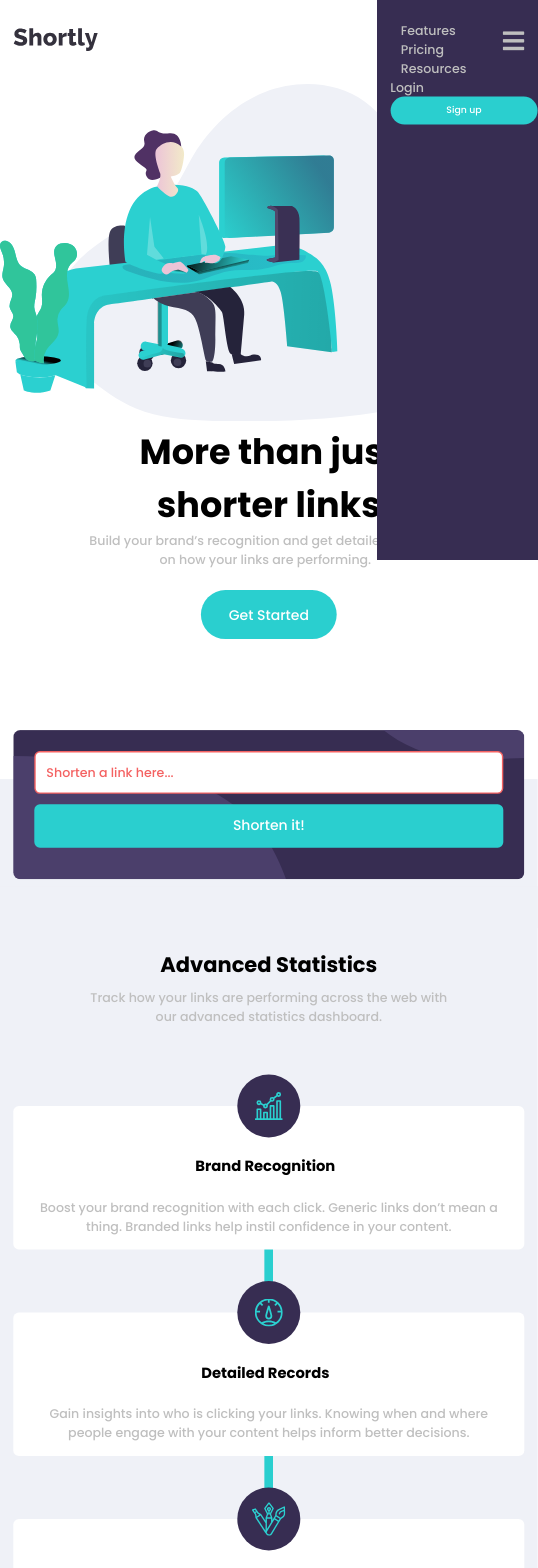
Repository: mamulini/URL-shortener
Page: index.html
An editor plug-in stored every save of this project. The page is shown before and after the next save, followed by the edit.
The browser window is 768 px wide. The pictures show the part of the page from y = 0 to 2240 px (the page is 3167 px tall), at 70% of full size.
Some web libraries are served in a nearby version. The style sheet was rebuilt from its Sass, Less or Tailwind sources for each picture, by a compiler version that may differ from the author's.

Above is the page before, as saved 2020-04-28 20:21:14.

### index.html
<!DOCTYPE html>
<html lang="en">
<head>
  <meta charset="UTF-8">
  <meta name="viewport" content="width=device-width, initial-scale=1.0"> <!-- displays site properly based on user's device -->

  <link rel="icon" type="image/png" sizes="32x32" href="./images/favicon-32x32.png">
  <link rel="stylesheet" href="https://cdnjs.cloudflare.com/ajax/libs/font-awesome/5.13.0/css/all.min.css">
  <link rel="stylesheet" href="./sass/main.css">

  <title>Frontend Mentor | Shortly URL shortening API Challenge</title>

  <!-- Feel free to remove these styles or customise in your own stylesheet 👍 -->

</head>
<body>
  <header class="header container">
    <a href="/" class="header__logo"><img src="./images/logo.svg" alt="logo">
    </a>
    <button class="nav__toggle" aria-label="toggle navigation">
      <span class="hamburger"><i class="fas fa-bars"></i></span>
    </button>
    <nav class="nav">
      <ul class="nav__list">
        <li class="nav__item"><a class="nav__link" href="#">Features</a></li>
        <li class="nav__item"><a class="nav__link" href="#">Pricing</a></li>
        <li class="nav__item"><a class="nav__link" href="#">Resources</a></li>
      </ul>
      <div class="user">
        <a class="user__login" href="#" >Login</a>
        <button class="user__sign-up btn--blue" type="button">Sign up</button>
      </div>
    </nav>
  </header>
  <main class="main">
    <div class="intro">
      <div class="intro__description">
        <h1 class="intro__title">More than just shorter links</h1>
        <p class="intro__subtitle">Build your brand’s recognition and get detailed insights
          on how your links are performing.</p>
        <button class="intro__btn btn--blue">Get Started</button>

      </div>
      <div class="intro__img">
        <img src="./images/illustration-working.svg" alt="image">
      </div>
    </div>
    <div class="shorten ">
      <div class="shorten__handler container">
        <form class="shorten__form">
          <input class="shorten__input" type="url" pattern="https://.*" value="" placeholder="Shorten a link here...">
          <button class="shorten__btn btn--blue" type="button">Shorten it!</button>

        </form>
        <p class="shorten__subtitle">&nbsp;
        </p>
      </div>
      <div class="shorten__links container"></div>
    </div>
    <div class="statistics ">
      <h2 class="statistics__title">Advanced Statistics</h2>
      <p class="statistics__subtitle">Track how your links are performing across the web with our
        advanced statistics dashboard.</p>
      <div class="blocks_wrapper container">
        <div class="blocks_wrapper__line">
        </div>
        <div class="block block--1">
          <div class="block__icon">
            <img src="./images/icon-brand-recognition.svg" alt="icon" >
          </div>
          <h3 class="block__title">Brand Recognition</h3>
          <p class="block__subtitle">Boost your brand recognition with each click. Generic links don’t
            mean a thing. Branded links help instil confidence in your content.</p>
        </div>
        <div class="block block--2">
          <div class="block__icon">
            <img src="./images/icon-detailed-records.svg" alt="icon" >
          </div>
          <h3 class="block__title">Detailed Records</h3>
          <p class="block__subtitle">Gain insights into who is clicking your links. Knowing when and where
            people engage with your content helps inform better decisions.</p>
        </div>
        <div class="block block--3">
          <div class="block__icon">
            <img src="./images/icon-fully-customizable.svg" alt="icon" >
          </div>
          <h3 class="block__title">Fully Customizable</h3>
          <p class="block__subtitle">Improve brand awareness and content discoverability through customizable
            links, supercharging audience engagement.</p>
        </div>

      </div>
    </div>
    <div class="link_booster">
      <h2 class="link_booster__title">Boost your links today</h2>
      <button class="link_booster__btn btn--blue">Get Started</button>
    </div>
  </main>
  <div class="footer">
    <div class="footer__wrapper container">
      <h2 class="footer__logo">Shortly</h2>
    <div class="footer__menu"><div class="footer__nav-wrapper">
      <h3 class="footer__nav-title">Features</h3>
      <ul class="footer__nav-list">
        <li class="footer__nav-item"><a class="footer__nav-link" href="#">Link Shortening</a></li>
        <li class="footer__nav-item"><a class="footer__nav-link" href="#">Branded Links</a></li>
        <li class="footer__nav-item"><a class="footer__nav-link" href="#">Analytics</a></li>
      </ul>
    </div>
    <div class="footer__nav-wrapper">
      <h3 class="footer__nav-title">Resources</h3>
      <ul class="footer__nav-list">
        <li class="footer__nav-item"><a class="footer__nav-link" href="#">Blog</a></li>
        <li class="footer__nav-item"><a class="footer__nav-link" href="#">Developers</a></li>
        <li class="footer__nav-item"><a class="footer__nav-link" href="#">Support</a></li>
      </ul>
    </div>
    <div class="footer__nav-wrapper">
      <h3 class="footer__nav-title">Company</h3>
      <ul class="footer__nav-list">
        <li class="footer__nav-item"><a class="footer__nav-link" href="#">About</a></li>
        <li class="footer__nav-item"><a class="footer__nav-link" href="#">Our Team</a></li>
        <li class="footer__nav-item"><a class="footer__nav-link" href="#">Careers</a></li>
        <li class="footer__nav-item"><a class="footer__nav-link" href="#">Contact</a></li>
      </ul>
    </div>
  </div>
    <div class="footer__icons-wrapper">
      <a href="#"><i class="fab fa-facebook-square footer__icon"></i></a>
      <a href="#"><i  class="fab fa-twitter footer__icon"></i></a>
      <a href="#"><i class="fab fa-pinterest footer__icon"></i></a>
      <a href="#"><i class="fab fa-instagram footer__icon"></i></a>
    </div>

    </div>
    <div class="attribution">
      Challenge by <a href="https://www.frontendmentor.io?ref=challenge" target="_blank">Frontend Mentor</a>.
      Coded by <a href="#">David mamulia</a>.
    </div>
  </div>
  <script src="./js/main.js"></script>
</body>
</html>

### JS/main.js
const input = document.querySelector('.shorten__input');
const shortenBtn = document.querySelector('.shorten__btn');

input.addEventListener("focus", () => {
    input.value = "https://";
});

class ShortLinks {
    constructor(url, shortUrl){
        this.url = url;
        this.shortUrl = shortUrl;
    }

    static render(obj){
        const content = `
            <div class="shorten__genarate">
                <span class="shorten__long-link">${obj.url}</span>
                <a class="shorten__short-link" href="${obj.shortUrl}" target="_blank">${obj.shortUrl}</a>
                <button class="shorten__copy btn--blue">Copy</button>
                <span class="shorten__close"><i class="fas fa-window-close"></i></i></span >
            </div>
        `;

        document.querySelector(".shorten__links").insertAdjacentHTML("afterbegin", content);
    }
}


let storedLinks = (JSON.parse(localStorage.getItem("locaLinks")));

if (storedLinks){
    storedLinks.forEach(link => {
        ShortLinks.render(link);
    });
}else{ storedLinks = []; }



shortenBtn.addEventListener("click", () => {
    async function inputHandle(){
        const res = await fetch("https://rel.ink/api/links/", {
            method:"POST",
            body: JSON.stringify( {url: `${input.value}`} ),
            headers: { 'Content-Type': 'application/json' }
        });

        if (res.status > 200 && res.status < 400){
            const data = await res.json();

            storedLinks.push(new ShortLinks(input.value, `https://rel.ink/${data.hashid}`));
            input.value = "";

            //save to localStorage
            localStorage.setItem("locaLinks", JSON.stringify(storedLinks));

            ShortLinks.render(storedLinks[storedLinks.length - 1]);
        }else{
            document.querySelector(".shorten__subtitle").innerText = 'Link is not valid';


            setTimeout(() => {
                document.querySelector(".shorten__subtitle").innerText = 'Please add a valid link';

            }, 2000);
        }
    }

    inputHandle();
});


input.addEventListener("keypress", e => {
    if (e.keyCode === 13) {
        e.preventDefault();
        shortenBtn.click();
    }
  });



document.querySelector(".shorten__links").addEventListener("click", (e) => {
    if (e.target.classList.contains("fa-window-close")){
        const delUrl = e.target.parentNode;
        storedLinks = storedLinks.filter(link => link.shortUrl == delUrl);
        //save to localStorage
        localStorage.setItem("locaLinks", JSON.stringify(storedLinks));
        //disappear from DOM
        e.target.parentNode.parentNode.remove();
    }
});

document.querySelector(".shorten").addEventListener("click", (e) => {
    if (e.target.innerText == "Copy"){
        //turn all copy buttons to "Copy" again (in case of they are not)
        const copyButtons = document.querySelectorAll(".shorten__handler div button");

        for (let i = 0; i < copyButtons.length; i++){
            console.log(copyButtons[i]);
            copyButtons[i].style.backgroundColor = "hsl(180, 66%, 49%)";
            copyButtons[i].innerText = "Copy";
        }

        e.target.style.backgroundColor = "hsl(257, 27%, 26%)";
        e.target.innerText = "Copied!";

        //copy shorten link to keyboard
        const copy = e.target.previousElementSibling.innerHTML;
        const input = document.createElement('textarea');
        document.body.appendChild(input);
        input.value = copy;
        input.select();
        document.execCommand('Copy');
        input.remove();
    }
});

### sass/main.scss
@import url('https://fonts.googleapis.com/css2?family=Poppins:wght@500;700&display=swap');

// colors
$text_gray: hsl(0, 0%, 75%);
$cyan_btn:  hsl(180, 66%, 49%);
$dark_bg : #372d52;
$dark_blue: #1e1a23;
$red : hsl(0, 87%, 67%);
$light_bg: #eff1f7;

* {
    padding: 0;
    margin: 0;
    box-sizing: border-box;
}

body{
    font-size: 18px;
    font-family: 'poppins', sans-serif;
    font-weight: 500;

}

img {
    max-width: 100%;
}

.container {
    max-width: 85%;
    margin: 0 auto;
    @media screen and (max-width: 860px) {
        max-width: 95%;
    }
}

.header {
    margin-top: 40px;
    margin-bottom: 40px;
    display: flex;
    justify-content: space-between;
    align-items: center;
    position: relative;
    &__logo{
        flex: 1;
        max-width: 150px;
    }
}

.nav{
    display: flex;
    justify-content: space-between;
    flex: 2;
    @media screen and (max-width: 768px) {
        padding: 30px 0 0 20px;
        flex-direction: column;
        justify-content: flex-start;
        position: fixed;
        color: $text_gray;
        top: 0;
        left: 70%;
        bottom: 0;
        right: 0;
        z-index: 5;
        transform: translateX(0%);
        transition: transform 500ms cubic-bezier(.5, 0, .5, 1 );
        background: $dark_bg;
    }

    &__list{
        display: flex;
        justify-content: space-between;
        list-style: none;
        @media screen and (max-width: 768px) {
            flex-direction: column;
        }


    }

    &__item{
        margin-left: 15px;
    }

    &__link{
        text-decoration: none;
        color: $text_gray;
        &:hover{
            color: #000000;
        }
    }

    &__toggle {
        background: transparent;
        border: none;
        cursor: pointer;
        z-index: 10;
        position: absolute;
        right: 0;
    }


}


.hamburger {
    font-size: 35px;
    transition: transform 250ms ease-in-out;
    color: $text_gray;
}





.user{
    @media screen and (max-width: 768px) {
        display: flex;
        flex-direction: column;
        }

    &__login{
        color: $text_gray;
        margin-right: 30px;
        text-decoration: none;
        &:hover{
            color: #000000;
        }
    }
}

.btn--blue{
    padding: 10px 25px;
    border: none;
    cursor: pointer;
    display: inline-block;
    border-radius: 50px;
    background: $cyan_btn;
    outline: none;
    color: #ffffff;
    font-family: 'poppins', sans-serif;
    font-weight: 500;

    &:hover{
        opacity: .5;
    }

    &:active{
        transform: scale(0.90);
    }
}

.intro{
    display: flex;
    justify-content: space-between;
    @media screen and (max-width: 768px){
        flex-direction: column;
    }

    &__description{
        display: flex;
        flex-direction: column;
        justify-content: center;
        align-items: flex-start;
        max-width: 500px;
        margin-left: 8%;
        @media screen and (max-width: 768px){
            max-width: 70%;
            margin: 0 auto;
        }
    }

    &__title {
        font-size: 60px;
        @media screen and (max-width: 768px){
            text-align: center;
            font-size: 50px;
        }
    }

    &__subtitle {
        text-align: left;
        color: $text_gray;
        padding-right: 10px;
        @media screen and (max-width: 768px){
            text-align: center;
        }
    }

    &__btn{
        margin-top: 40px;
        padding: 12px 40px;
        @media screen and (max-width: 768px){
            margin: 30px auto;
            // width: 60%;
            padding: 20px 40px;
            font-size: 20px;
        }
    }

    &__img{
        @media screen and (max-width: 768px){
            order: -1;
        }
    }
}

.shorten{
    background: $light_bg;
    margin-top: 170px;

    &__handler{
        background-image: url('../images/bg-shorten-desktop.svg');
        background-position: center;
        background-size: cover;
        background-color: $dark_bg;
        border-radius: 10px;
        position: relative;
        top: -70px;
        margin-bottom: -60px;
    }

    &__form{
        display: flex;
        justify-content: space-between;
        align-items: center;
        padding: 50px 60px 0 60px;
        flex-wrap: wrap;
        @media screen and (max-width: 768px) {
            flex-direction: column;
            padding: 30px 30px 0 30px;

          }
    }

    &__subtitle{
        padding:10px 60px ;
        font-size: 16px;
        color: $red;
    }

    &__input{
        flex: 1;
        padding: 15px;
        border-radius: 8px;
        margin-right: 15px;
        font-family:'poppins', sans-serif;
        border: 2px solid $red;
        outline: none;
        font-size: 18px;
         &::placeholder{
            color: $red;
        }
        @media screen and (max-width: 768px) {
            width: 100%;
            margin: 0;
        }
    }

    &__btn{
        border-radius: 8px;
        padding-top: 15px;
        padding-bottom: 17px;
        @media screen and (max-width: 768px) {
            width: 100%;
            margin-top: 15px;
            font-size: 20px;
        }
    }

    &__subtitle{
        align-self: flex-end;
        @media screen and (max-width: 768px) {
            text-align: center;
        }
    }

    &__links{
        background: $light_bg;
    }



    &__genarate{
        list-style: none;
        display: flex;
        justify-content: space-between;
        align-items: center;
        background: #ffffff;
        border-radius: 8px;
        padding: 15px;
        margin-top: 20px;
        @media screen and (max-width: 768px) {
            flex-direction: column;
        }
    }

    &__long-link{
        flex: 1;
        overflow: hidden;
    }

    &__short-link{
        padding: 15px;
        color: $cyan_btn;
    }

    &__copy{
        margin-right: 10px;
        border-radius: 8px;
        padding: 8px 15px;
        @media screen and (max-width: 768px) {
            margin: 0;
            padding: 16px 30px;
            font-size: 18px;
        }

    }

    &__close{
        cursor: pointer;
        @media screen and (max-width: 768px) {
            font-size: 30px;
            margin-top: 20px;
        }

    }
}

.statistics{
    background: $light_bg;
    text-align: center;
    padding-top: 90px;
    padding-bottom: 100px;


    &__title {
        font-size: 30px;
    }
    &__subtitle{
        max-width: 520px;
        margin: 10px auto;
        color: $text_gray;
    }
}

.blocks_wrapper {
    display: flex;
    justify-content: space-between;
    flex-wrap: wrap;
    background: $light_bg;
    margin-top: 100px;
    @media screen and (max-width: 768px) {
        flex-direction: column;
        flex-wrap: unset;
        text-align: center;
    }
}

.block{
    flex: 0 0 calc(33% - 1.5%);
    background: #ffffff;
    height: 30%;
    text-align: left;
    border-radius: 8px;
    z-index: 1;



    &--2{
        margin-top: 45px;
        @media screen and (max-width: 768px) {
            margin-top: 90px;
        }


    }
    &--3{
        margin-top: 90px;
    }
    &__icon{
        background: $dark_bg ;
        padding: 20px;
        border-radius: 100%;
        display: inline-block;
        width: 90px;
        height: 90px;
        display: flex;
        justify-content: center;
        align-items: center;
        margin-left: 30px;
        transform:translateY(-45px);
        @media screen and (max-width: 768px) {
            margin: 0 auto;
        }
    }
    &__title{
        padding:0 30px 30px 20px;
        margin-top: -20px;
        @media screen and (max-width: 768px) {
            text-align: center;
        }
    }
    &__subtitle{
        padding: 0 20px 20px;
        line-height: 1.5;
        color: $text_gray;
        @media screen and (max-width: 768px) {
            text-align: center;
        }
    }
}

.blocks_wrapper__line{
    background: $cyan_btn;
    height:  8px;
    transform:translateY(165px);
    position: relative;
    flex: 100%;
    @media screen and (max-width: 768px) {
        z-index: 0;
        height: 700px;
        transform: translateY(140px);
        top: 650px;
        width: 12px;
        border: 5px solid $cyan_btn;
        margin: 0 auto;
        justify-self: center;
        flex: none;
        margin-top: -685px;


    }

}

.link_booster{
    text-align: center;
    background: $dark_bg url('../images/bg-boost-desktop.svg') no-repeat center;
    height: 230px;

    &__title{
        color: #ffffff;
        padding-top: 50px;
        font-size: 35px;
    }
    &__btn{
        margin-top: 30px;
        font-size: 20px;
        &:hover{
            opacity: .7;
        }
    }
}


.footer{
    background: $dark_blue;

    &__wrapper{
        padding-top: 50px;
        display: flex;
        justify-content: space-between;
        @media screen and (max-width: 768px) {
            flex-direction: column;
            align-items: center;

        }


    }

    &__menu{
        display: flex;
        flex: 2;
        @media screen and (max-width: 600px) {
            flex-direction: column;
            margin-bottom: 50px;

        }
    }

    &__logo {
        color: #ffffff;
        flex: 1;
        transform: translateY(-10px);
        @media screen and (max-width: 1100px) and (min-width: 970px) {
            flex: .7;
        }
        @media screen and (max-width: 768px) {
            margin-bottom: 50px;

        }

    }

    &__nav-wrapper{
        margin-bottom: 40px;
        margin-left: 55px;
    }

    &__nav-list{
        list-style: none;

    }

    &__nav-item {
        padding-top: 10px;
    }

    &__nav-title{
        color: #ffffff;
        padding-bottom: 10px;
        font-size: 18px;

    }

    &__nav-link{
        text-decoration: none;
        color: $text_gray;
        margin-top: 30px;
        &:hover{
            color: $cyan_btn;
        }
    }

    &__icons-wrapper{
        margin-left: 50px;
        flex: 1;
        @media screen and (max-width: 1100px) and (min-width: 970px) {
            flex: .5;
        }
    }

    &__icon{
        color: #ffffff;
        padding-right: 20px;
        padding-bottom: 20px;
        font-size: 30px;

        &:hover{
            color: $cyan_btn;
        }
    }
}

.attribution { font-size: 11px; text-align: center; color: $text_gray; padding: 15px; }
.attribution a { color: hsl(228, 45%, 44%); }

After the next save:
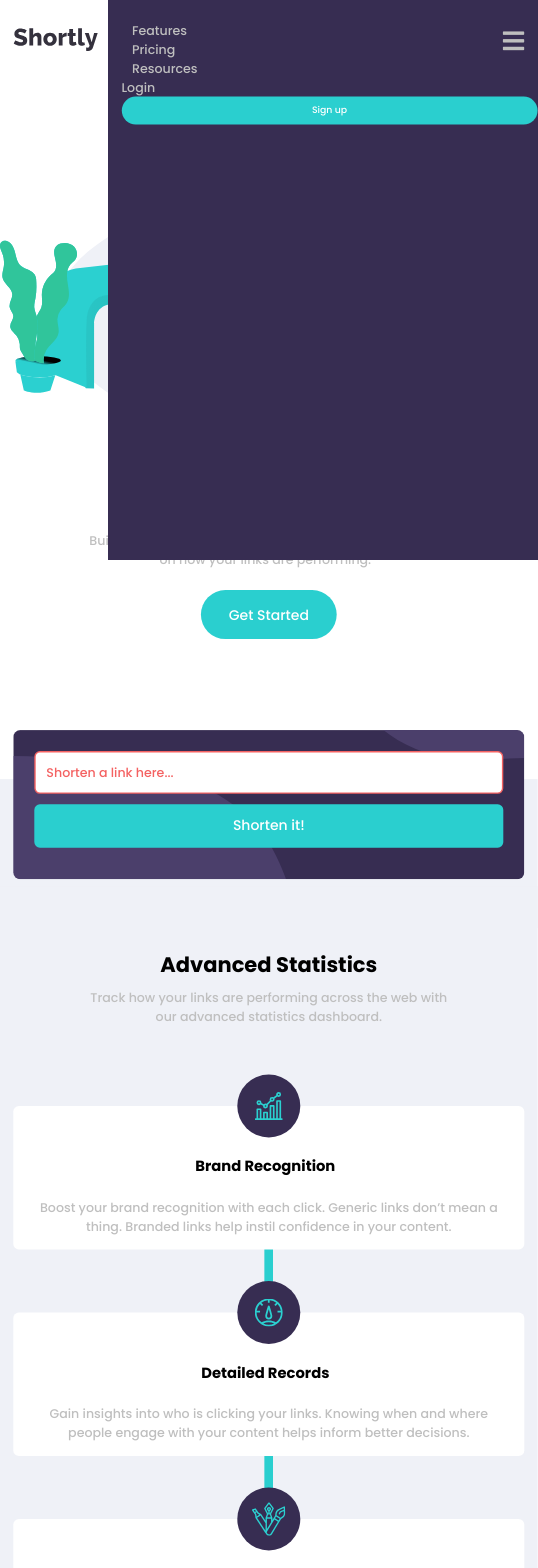
Saved 4 s later.
--- a/sass/main.scss
+++ b/sass/main.scss
@@ -57,7 +57,7 @@ img {
         position: fixed;
         color: $text_gray;
         top: 0;
-        left: 70%;
+        left: 20%;
         bottom: 0;
         right: 0;
         z-index: 5;
